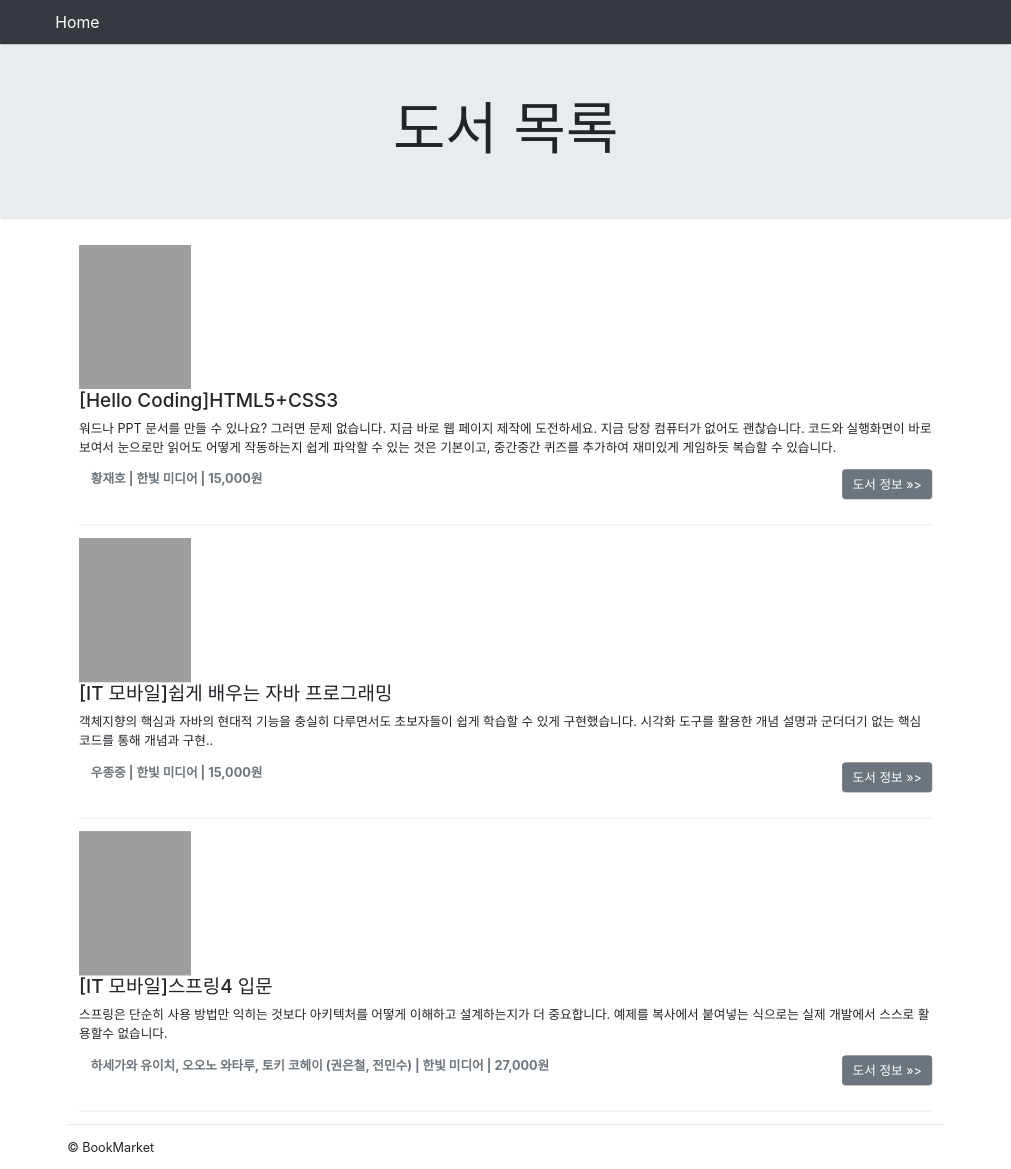
Repository: freedomseok8047/jsp
Page: http://localhost/BookMarket/books.jsp
The author's editor kept a copy of each file at every save. The page is drawn from the files as they stood at one save, then again after the next save.
The browser window is 1280 px wide. The pictures show the whole page, at 79% of full size.
Pictures or frames that could not be fetched are drawn as grey boxes. The page is served by Tomcat 9.

Above is the page before, as saved 2023-08-25 05:25:29.

After the next save:
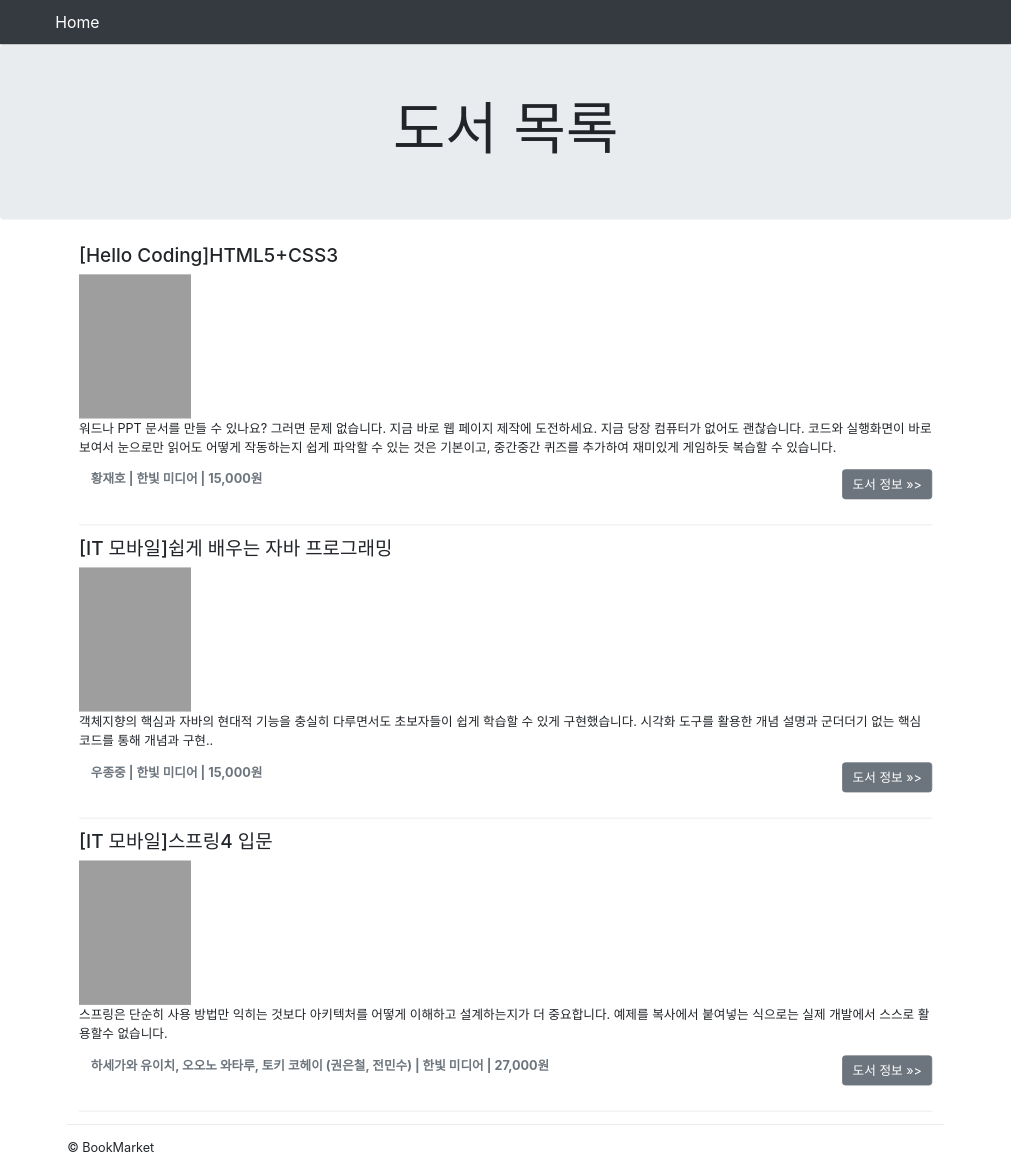
Saved 41 s later.
--- a/BookMarket/src/main/webapp/books.jsp
+++ b/BookMarket/src/main/webapp/books.jsp
@@ -30,9 +30,11 @@
 				Book book = listOfBooks.get(i);
 			%>
 			<div class="row-xl-4">
-			<img src="resources/images/<%=book.getFilename()%>" alt=<%=book.getName()%> width="142" height="183">
+
 				<h4>
-					[<%=book.getCategory()%>]<%=book.getName()%></h4>
+					[<%=book.getCategory()%>]<%=book.getName()%>
+				</h4>
+				<img src="resources/images/<%=book.getFilename()%>" alt=<%=book.getName()%> width="142" height="183">
 				<p><%=book.getDescription()%>
 				<div class="container">
 					<div class="row">
